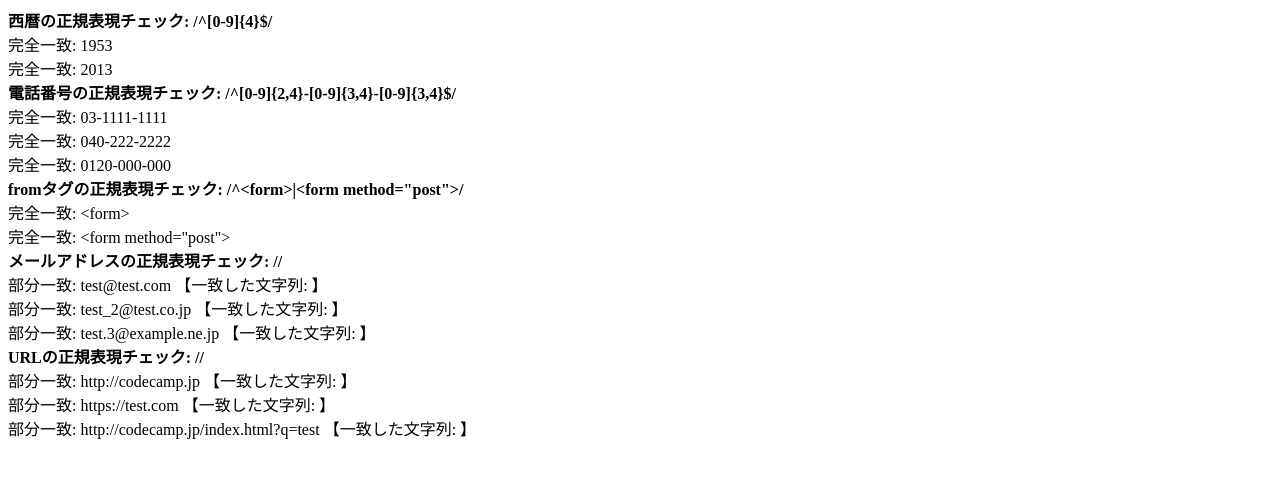
Repository: kawahito05-work/dc_work_nakano_kawahito_php
Page: http://localhost/htdocs/php17/challenge_preg_match.php
The author's editor kept a record of every edit. The page is drawn from the files as they stood at one moment, then again after the next edit.
The browser window is 1280 px wide. The pictures show the whole page.
The page is run by PHP 8.4 with error messages shown; the project is at /var/www/html/.

Above is the page before.

After the next edit:
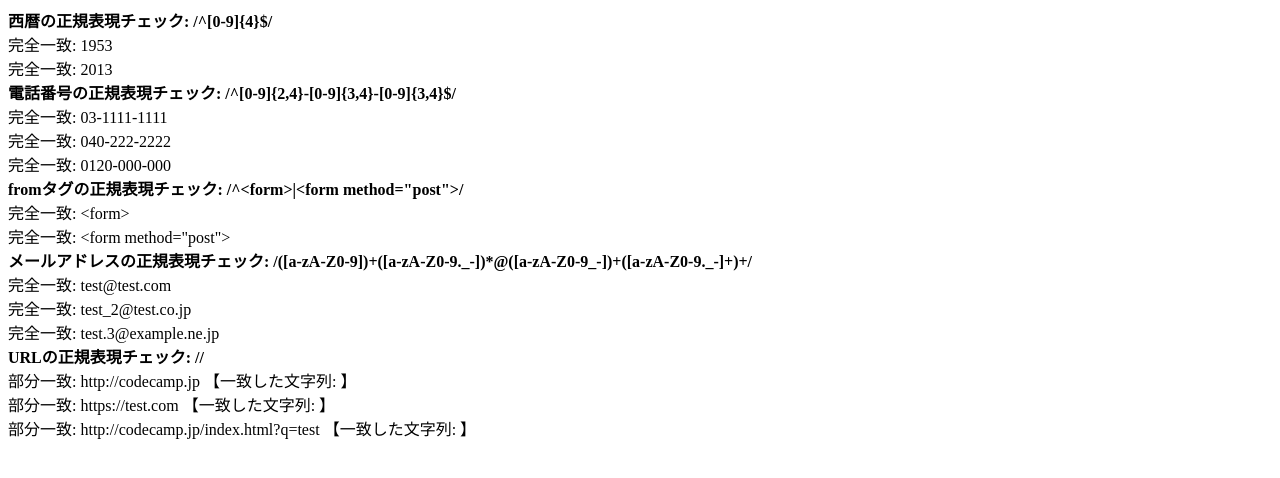
The edit:
--- a/htdocs/php17/challenge_preg_match.php
+++ b/htdocs/php17/challenge_preg_match.php
@@ -13,7 +13,7 @@
 $check_form[0] = '<form>';
 $check_form[1] = '<form method="post">';
 // メールアドレス
-$regexp_mail   = '//'; // メールアドレスの正規表現を入力
+$regexp_mail   = '/([a-zA-Z0-9])+([a-zA-Z0-9._-])*@([a-zA-Z0-9_-])+([a-zA-Z0-9._-]+)+/'; // メールアドレスの正規表現を入力
 $check_mail[0] = 'test@test.com';
 $check_mail[1] = 'test_2@test.co.jp';
 $check_mail[2] = 'test.3@example.ne.jp';
